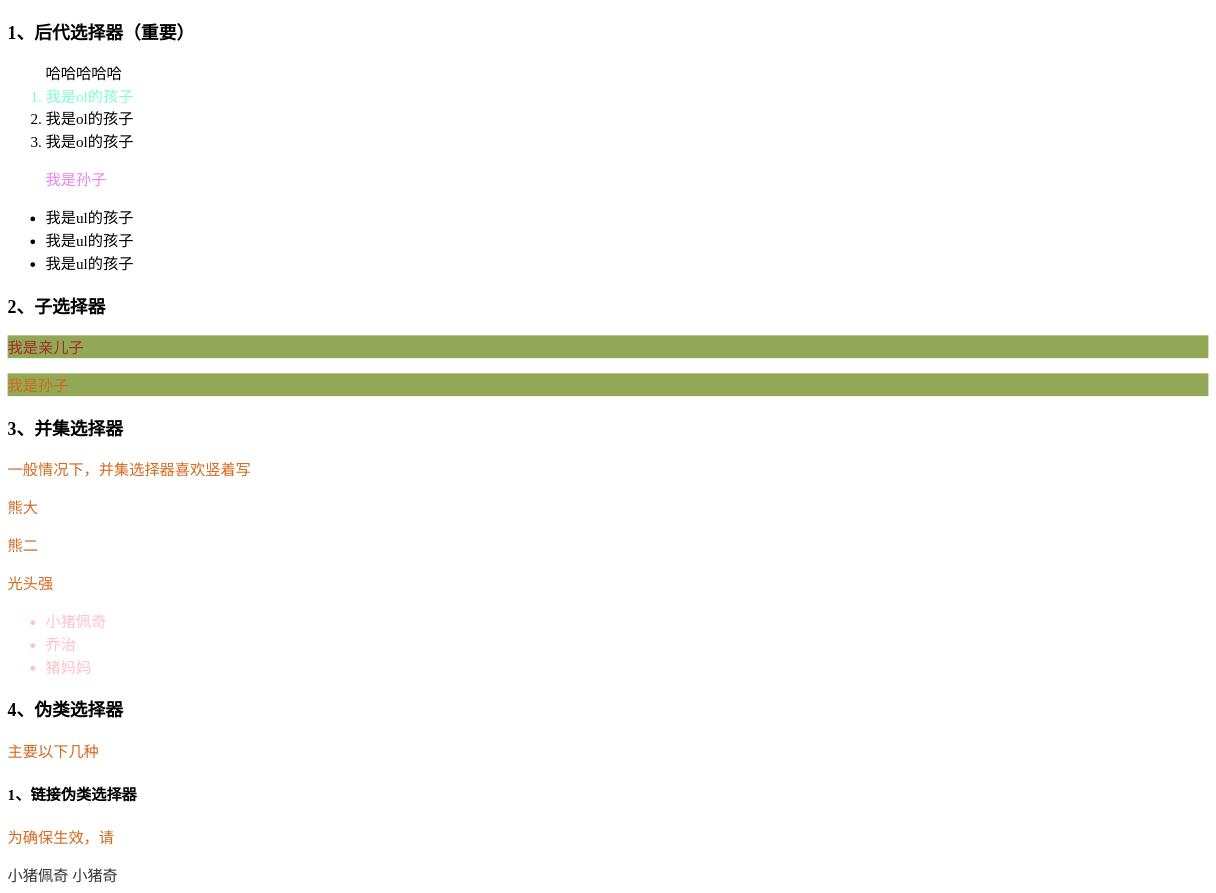
Repository: zhengdeya/web-based
Page: 19-CSS复合选择器.html
These files come from the project's save history. The page is drawn as it stood at one moment and after the next save; the edit follows.
The browser window is 1280 px wide. The pictures show the whole page, at 95% of full size.

Above is the page before, as saved 2021-03-29 10:44:09.

After the next save:
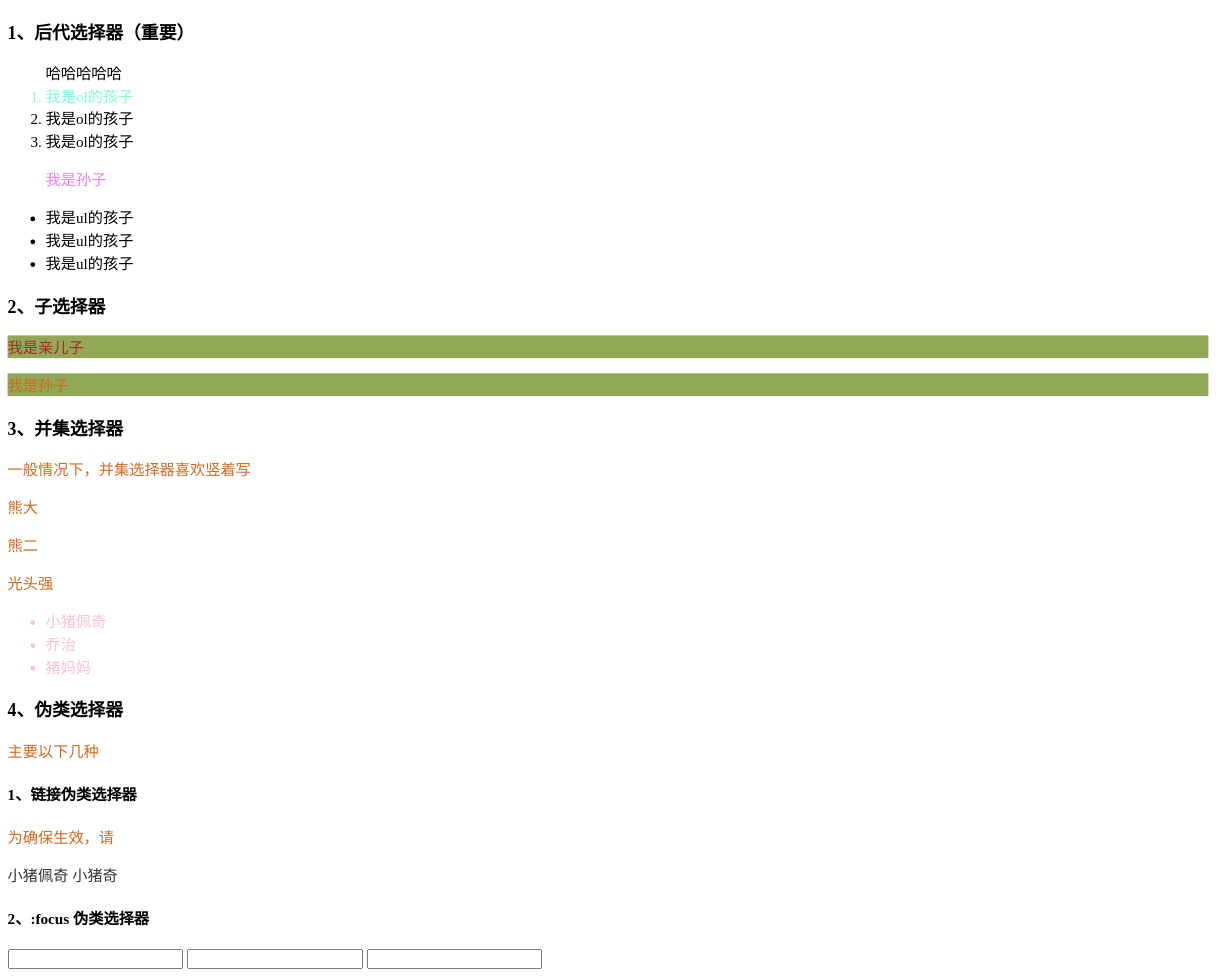
Saved 2 min 48 s later.
--- a/19-CSS复合选择器.html
+++ b/19-CSS复合选择器.html
@@ -109,6 +109,12 @@
             <a href="#">小猪佩奇</a>
             <a href="http://www.baidu.com">小猪奇</a>
         </div>
+        <h4>2、:focus 伪类选择器</h4>
+        <div>
+            <input type="text">
+            <input type="text">
+            <input type="text">
+        </div>
     </div>
 </body>
 
